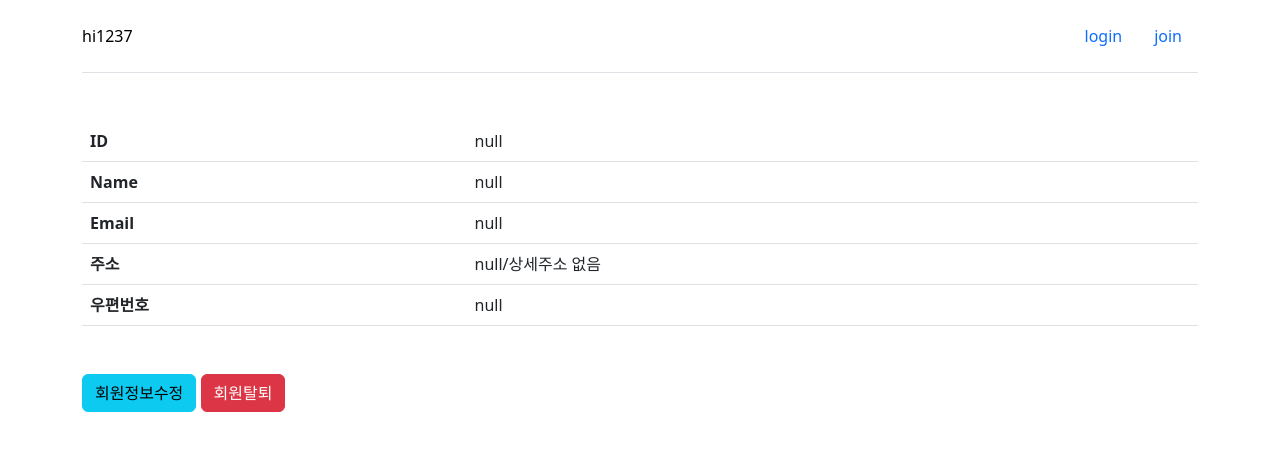
Repository: Moonsun23/jsp
Page: http://localhost/db-connect/info.jsp
The author's editor kept a copy of each file at every save. The page is drawn from the files as they stood at one save, then again after the next save.
The browser window is 1280 px wide. The pictures show the whole page.
The page is served by Tomcat 9. Queries for data that is not in the repository find no rows.

Above is the page before, as saved 2023-06-08 08:00:07.

After the next save:
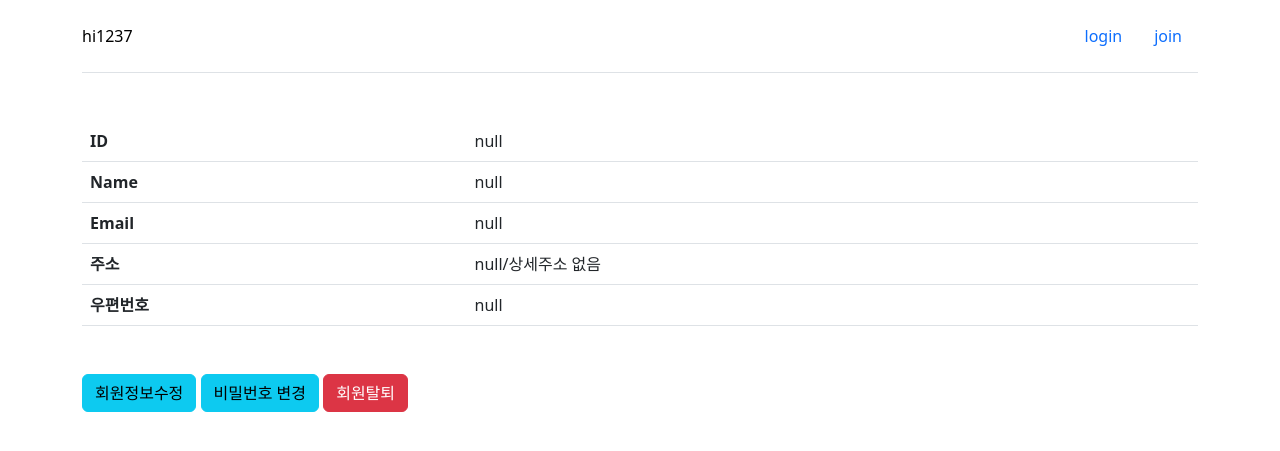
Saved 4 min 35 s later.
--- a/db-connect/src/main/webapp/info.jsp
+++ b/db-connect/src/main/webapp/info.jsp
@@ -76,6 +76,7 @@
   </table>
   <div class="mt-5">
     <a href="modify.jsp" class="btn btn-info">회원정보수정</a>
+     <a href="modify.jsp" class="btn btn-info">비밀번호 변경</a>
     <a href="delete.jsp" class="btn btn-danger">회원탈퇴</a>
   </div>
 </div>
